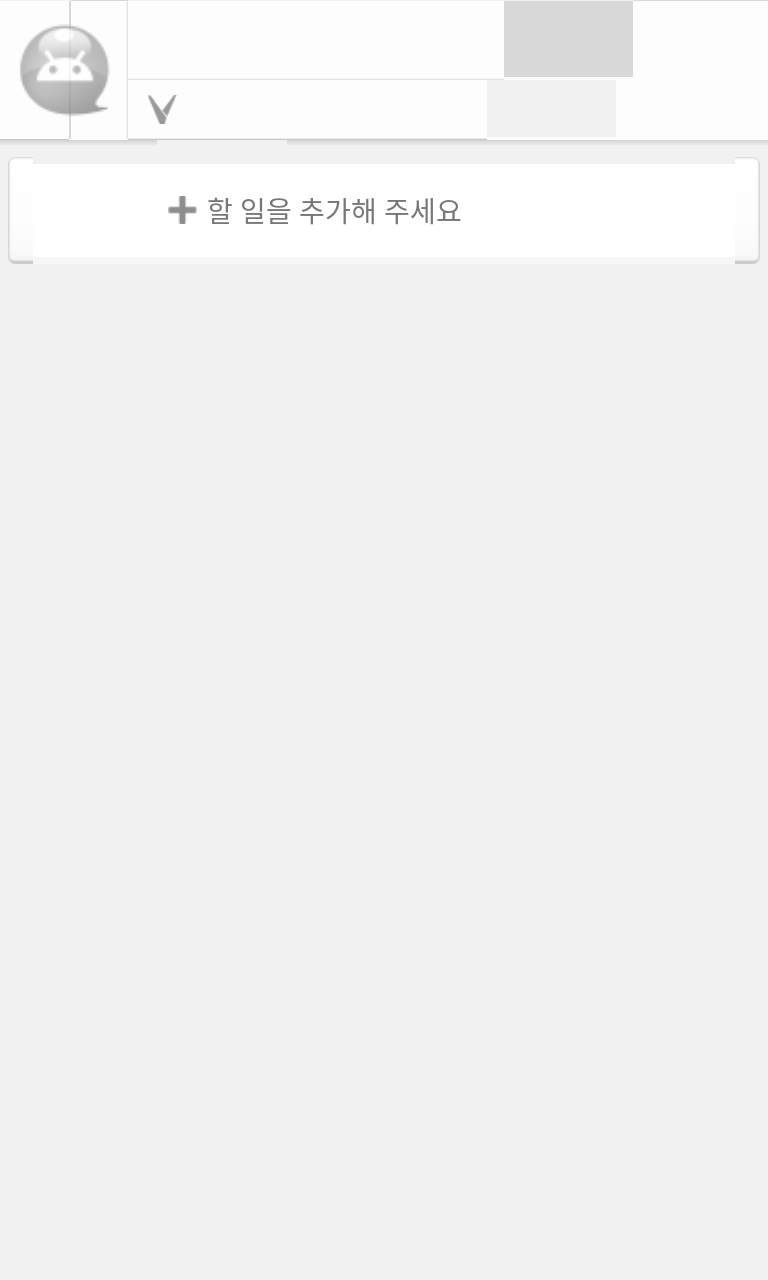
Repository: belhyun/witherest-android
Layout: Witherest/res/layout/fragment_mycheck.xml
An editor plug-in stored every save of this project. The layout is shown before and after the next save, followed by the edit.
It is drawn on a 768 x 1280 px phone screen (xhdpi) without system bars, with theme android:Theme.Holo; the app's code is not run. Lists and similar views that code fills are empty.

Above is the layout before, as saved 2013-07-06 10:11:36.

### Witherest/res/layout/fragment_mycheck.xml
<?xml version="1.0" encoding="utf-8"?>
<LinearLayout xmlns:android="http://schemas.android.com/apk/res/android"
    android:layout_width="fill_parent"
    android:layout_height="fill_parent"
    android:background="#f1f1f1"
    android:orientation="vertical" >

    <RelativeLayout
        android:layout_width="fill_parent"
        android:layout_height="70dp" >

        <LinearLayout
            android:id="@+id/mycheck_profile_container"
            android:layout_width="64dp"
            android:layout_height="70dp"
            android:layout_alignParentLeft="true"
            android:background="@drawable/main1_bg"
            android:gravity="center"
            android:padding="3dip" >

            <ImageView
                android:id="@+id/mycheck_prifile_image"
                android:layout_width="match_parent"
                android:layout_height="match_parent"
                android:layout_marginBottom="5dp"
                android:layout_marginLeft="3dp"
                android:layout_marginRight="3dp"
                android:layout_marginTop="5dp"
                android:src="@drawable/stub" />
        </LinearLayout>

        <LinearLayout
            android:id="@+id/mycheck_intro_container"
            android:layout_width="match_parent"
            android:layout_height="40dp"
            android:layout_alignParentTop="true"
            android:layout_toRightOf="@id/mycheck_profile_container"
            android:background="@drawable/main2_bg"
            android:gravity="center_horizontal"
            android:orientation="vertical"
            android:padding="0dip" >

            <TextView
                android:id="@+id/mycheck_name_textview"
                android:layout_width="match_parent"
                android:layout_height="wrap_content"
                android:layout_marginLeft="2dip"
                android:ellipsize="end"
                android:textColor="#51c3b8"
                android:textSize="14sp"
                android:textStyle="bold" />

            <TextView
                android:id="@+id/mycheck_purpose_textview"
                android:layout_width="match_parent"
                android:layout_height="wrap_content"
                android:layout_marginLeft="2dip"
                android:ellipsize="end"
                android:textColor="#888888"
                android:textSize="14sp" />
        </LinearLayout>

        <LinearLayout
            android:id="@+id/mycheck_detail_container"
            android:layout_width="fill_parent"
            android:layout_height="30dp"
            android:layout_alignLeft="@id/mycheck_intro_container"
            android:layout_below="@id/mycheck_intro_container"
            android:orientation="horizontal" >

            <LinearLayout
                android:id="@+id/mycheck_detail_container_1"
                android:layout_width="match_parent"
                android:layout_height="match_parent"
                android:layout_weight="1"
                android:background="@drawable/main3_bg"
                android:gravity="center"
                android:orientation="horizontal"
                android:padding="2dip" >

                <ImageView
                    android:layout_width="wrap_content"
                    android:layout_height="wrap_content"
                    android:layout_marginLeft="8dp"
                    android:src="@drawable/main_checkroom_icon_bg" />

                <TextView
                    android:id="@+id/mycheck_expose_textview"
                    android:layout_width="match_parent"
                    android:layout_height="wrap_content"
                    android:layout_marginLeft="80dp"
                    android:textColor="#999999"
                    android:textSize="14sp" />
            </LinearLayout>

            <LinearLayout
                android:id="@+id/mycheck_detail_container_2"
                android:layout_width="match_parent"
                android:layout_height="match_parent"
                android:layout_weight="1"
                android:background="@drawable/main4_bg"
                android:gravity="center"
                android:padding="2dip"
                android:visibility="gone">

                <ImageView
                    android:layout_width="wrap_content"
                    android:layout_height="wrap_content"
                    android:layout_marginLeft="8dp"
                    android:src="@drawable/main_star_icon_bg" />

                <TextView
                    android:id="@+id/mycheck_star_textview"
                    android:layout_width="match_parent"
                    android:layout_height="wrap_content"
                    android:layout_marginLeft="40dp"
                    android:textColor="#999999"
                    android:textSize="14sp" />
            </LinearLayout>
        </LinearLayout>
    </RelativeLayout>

    <LinearLayout
        android:layout_width="fill_parent"
        android:layout_height="wrap_content"
        android:background="@drawable/common_header_shadow" />

    <Button
        android:id="@+id/make_room_btn"
        android:layout_width="match_parent"
        android:layout_height="wrap_content"
        android:background="@drawable/make_room_btn_on_off"
        android:drawableLeft="@drawable/main_plus_icon_bg"
        android:drawablePadding="5dip"
        android:gravity="center_vertical"
        android:paddingLeft="80dp"
        android:text="@string/make_room"
        android:textColor="#777777"
        android:textSize="14sp"
        android:layout_marginLeft="4dp"
        android:layout_marginRight="4dp"
        android:layout_marginTop="6dp"
        android:layout_marginBottom="2dp"/>

    <ListView
        android:id="@+id/mycheck_checklistview"
        android:layout_width="match_parent"
        android:layout_height="wrap_content"
        android:layout_marginLeft="4dp"
        android:layout_marginRight="4dp"
        android:layout_marginTop="2dp"
        android:layout_weight="1.75"
        android:background="#f1f1f1"
        android:drawSelectorOnTop="false"
        android:cacheColorHint="#00000000"
        android:divider="@color/tranparent"
        android:listSelector="@android:color/transparent"
        android:persistentDrawingCache="animation|scrolling"
        >
    </ListView>

</LinearLayout>

### Witherest/res/drawable/make_room_btn_on_off.xml
<?xml version="1.0" encoding="utf-8"?>
<selector xmlns:android="http://schemas.android.com/apk/res/android" >
    <!-- selected -->
	<item
		android:state_selected="true"
		android:drawable="@drawable/main_plusroom_button_on"/>

	<!-- pressed -->
	<item
		android:state_pressed="true"
		android:drawable="@drawable/main_plusroom_button_on"/>

	<!-- focused -->
	<item
		android:state_focused="true"
		android:drawable="@drawable/main_plusroom_button_on"/>

	<!-- default -->
	<item
		android:drawable="@drawable/main_plusroom_button_off"/>

</selector>

### Witherest/res/values/strings.xml
<?xml version="1.0" encoding="utf-8"?>
<resources>
    <string name="app_name">Witherest</string>
    <string name="hello_world">Hello world!</string>
    <string name="menu_settings">Settings</string>
    <string name="title_activity_main">MainActivity</string>

    <!-- Common String -->
    <string name="common_welcome">다른 사람들과 할 일을 공유 하고 함께 이뤄 가는 공간\n함께 목표를 이루는 공간에 당신을 초대합니다.</string>

    <string name="exception_message">오류가 발생하였습니다.</string>
    <string name="incorrect_networkconnect">잘못된 접근방식입니다.</string>
    <!-- /Common String -->

    <!-- Login String -->
    <string name="login_title">로그인</string>
    <string name="login_message">다른 사람들과 할 일을 공유 하고 함께 이뤄 가는 공간\n함께 목표를 이루는 공간에 당신을 초대합니다.</string>
	<string name="login_id_hint">아이디 (이메일 주소)</string>
	<string name="login_passwd_hint">비밀번호</string>
	<string name="login_btn">로그인</string>

	<string name="login_dialog_message">로그인중 입니다.</string>

		<!-- Error String -->
		<string name="login_insert_id_empty">아이디 (이메일 주소)를 입력 해주세요.</string>
		<string name="login_insert_passwd_empty">비밀번호를 입력 해주세요.</string>
		<string name="login_id_incorrect">등록되지 않은 사용자 입니다.</string>
		<string name="login_passwd_incorrect">비밀번호가 일치하지 않습니다.</string>
		<!-- /Error String -->

	<!-- /Login String -->

	<!-- SignUp String -->
	<string name="signup_title">가입하기</string>
	<string name="signup_nickname_hint">닉네임</string>
	<string name="signup_id_hint">아이디 (이메일 주소)</string>
	<string name="signup_passwd_hint">비밀번호</string>
	<string name="signup_passwdconfirm_hint">비밀번호 확인</string>
	<string name="signup_interestedCategory_hint">관심 카테고리</string>
	<string name="signup_attention">만들기 버튼을 누르면 &lt;font color=#3cc3c6&gt;이용약관&lt;/font&gt; 및 &lt;font color=#3cc3c6&gt;개인 정보&lt;/font&gt;&lt;br /&gt;&lt;font color=#3cc3c6&gt;취급 방침&lt;/font&gt;에 동의하게 됩니다.</string>
	<string name="signup_make_btn">가입하기</string>

	<string name="signup_dialog_message">&lt;small&gt;회원가입  요청중입니다.&lt;/small&gt;&lt;br&gt;&lt;small&gt;잠시만 기다려 주세요.&lt;/small&gt;</string>

		<!-- Error String -->
		<string name="signup_insert_nickname_empty">닉네임을 입력 해주세요.</string>
		<string name="signup_insert_id_empty">아이디 (이메일 주소)를 입력 해주세요.</string>
		<string name="signup_insert_passwd_empty">비밀번호를 입력 해주세요.</string>
		<string name="signup_insert_passwdconfirm_empty">비밀번호 확인을 입력 해주세요.</string>
		<string name="signup_insert_interestedCategory_empty">관심 카테고리를 선택 해주세요.</string>

		<string name="signup_insert_passwd_different">입력된 비밀번호가 일치하지 않습니다.</string>
		<!-- /Error String -->

	<!-- /SignUp String -->
		<string name="title_category">Category</string>
		<string name="profile_title">프로필 수정</string>
		<string name="profile">프로필</string>
		<string name="profile_menu_text">프로필 이미지</string>
		<string name="profile_image_des">이미지를 변경하시려면 눌러주세요</string>
		<string name="profile_nick">닉네임</string>
		<string name="email">이메일</string>
		<string name="purpose">목표 문구</string>
		<string name="mycategory">관심 카테고리</string>
		<string name="settings_title">설정</string>
		<string name="default_info_text">기본 정보</string>
		<string name="version_title">버젼 정보</string>
		<string name="default_version">1.0</string>
		<string name="help_title">도움말</string>
		<string name="suggestion_title">의견 보내기</string>
		<string name="note_title">알림 설정</string>
		<string name="system_title">시스템 설정</string>
		<string name="withdraw_title">탈퇴</string>
		<string name="logout_title">로그 아웃</string>
		<string name="warning_withdraw">Witherest를 탈퇴하시겠습니까?</string>
		<string name="confirm">확인</string>
		<string name="cancel">취소</string>
		<string name="confirm_withdraw">탈퇴 확인</string>
		<string name="notification">알림</string>
		<string name="notificationconfig">알림 수신 설정</string>
		<string name="activity_noti_config_time">방 시간 알림</string>
		<string name="activity_noti_config_time_des">방 알림 시간이 되었을 때 알림을 받습니다.</string>
		<string name="activity_noti_config_manager_register">방장 신규 글 등록 알림</string>
		<string name="activity_noti_config_manager_register_des">방장이 신규글을 등록했을 때 알림을 받습니다.</string>
		<string name="activity_noti_config_register_mine">댓글 알림</string>
		<string name="activity_noti_config_register_mine_des">내가 쓴글에 댓 글이 달렸을 때 알림을 받습니다.</string>
		<string name="activity_noti_company">공지 알림</string>
		<string name="activity_noti_company_des">Witherest의 공지 알림을 받습니다.</string>
		<string name="selectimage">사진 선택</string>
		<string name="activity_profile_input_email_text">이메일을 입력해주세요</string>
		<string name="activity_profile_input_nick_text">닉네임을 입력해주세요</string>
		<string name="activity_profile_input_purpose_text">목표 문구를 입력해주세요</string>
		<string name="activity_profile_input_mycategories_text">관심 카테고리를 선택해주세요</string>
		<string name="activity_profile_input_category_text">관심 항목을 선택해주세요</string>
		<string name="activity_makeroom_room_image_title">방 이미지</string>
		<string name="activity_makeroom_room_name_title">방이름</string>
		<string name="activity_makeroom_purpose_title">할 일 내용</string>
		<string name="activity_makeroom_title">방 만들기</string>
		<string name="activity_makeroom_category_title">카테고리</string>
		<string name="activity_makeroom_period_title">기간</string>
		<string name="activity_makeroom_periodtype_default">매일</string>
		<string name="activity_makeroom_period_default">21일</string>
		<string name="activity_makeroom_periodtype_title">실천 주기</string>
		<string name="activity_mkeroom_periodtype_default">매일</string>
		<string name="activity_makeroom_alarm_title">알림</string>
		<string name="activity_makeroom_alarm_default">매일</string>
		<string name="activity_makeroom_content_hint">입력하시려면 눌러주세요</string>
		<string name="activity_makeroom_alarmtime_title">알림 시간</string>
		<string name="activity_makeroom_public_title">공개 여부</string>
		<string name="activity_makeroom_public_default">공개</string>
		<string name="activity_makeroom_maxmember_title">참여 인원</string>
		<string name="activity_makeroom_maxmember_default">10명</string>
		<string name="dialog_input_roomname_text">방 이름을 입력해주세요</string>
		<string name="dialog_input_purpose_text">할 일 내용을 입력해주세요</string>
		<string name="dialog_input_category_text">카테고리를 선택해주세요</string>
		<string name="dialog_input_period_text">기간을 입력해주세요</string>
		<string name="dialog_input_periodtype_text">실천 주기를 입력해주세요</string>
		<string name="dialog_input_alarm_text">알림을 선택해주세요</string>
		<string name="dialog_input_alarmtime_text">알림 시간을 지정해주세요</string>
		<string name="dialog_input_pulbic_text">공개 여부를 설정해주세요</string>
		<string name="dialog_input_maxmember_text">참여 인원을 설정해주세요</string>
		<string name="request_select_day">요일을 선택해주세요</string>
		<string name="daily">매일</string>
		<string name="yes">예</string>
		<string name="no">아니오</string>
		<string name="publicyes">공개</string>
		<string name="publicno">비공개</string>
		<string name="unit_human">명</string>
		<string name="simple_time">시</string>
		<string name="simple_min">분</string>
		<string name="am">오전</string>
		<string name="pm">오후</string>
		<string name="populate">인기순</string>
		<string name="recent">둥록순</string>
		<string name="agent">android</string>
		<string name="login_dialog_title">로그인 중</string>
		<string name="signup_dialog_title">회원 가입 요청중...</string>
		<string name="server_error">일시적 네트워크 장애입니다.\n다시 시도해주세요.</string>
		<string name="id_duplicated">이미 등록된 아이디입니다</string>
		<string name="join_text">join</string>
		<string name="setting_text">setting</string>
		<string name="leave_text">leave</string>
		<string name="with_text">with</string>
		<string name="board_text">board</string>
		<string name="roomboard_write_hint">소식을 전해주세요 !!</string>
		<string name="write_text">올리기</string>
		<string name="login_guide">로그인 안내</string>
		<string name="login_join_message">로그인 전용 페이지 입니다\n아래의 버튼을 알맞게 눌러주세요</string>
		<string name="login">로그인</string>
		<string name="join">회원 가입</string>
		<string name="logout_dialog_title">로그 아웃중</string>
		<string name="logout_dialog_message">로그 아웃 요청중...</string>
		<string name="wait_title">데이타 수신중</string>
		<string name="wait_message">잠시만 기다려주세요</string>
		<string name="makeroom_title_insert">방 이름을 입력해주세요 </string>
		<string name="makeroom_purpose_insert">할일 내용을 입력해주세요</string>
		<string name="makeroom_category_insert">룸을 생성할 카테고리를 입력해주세요</string>
		<string name="createroom_dialog_title">체크룸 생성</string>
		<string name="createroom_dialog_message">체크룸 생성 요청 중입니다 \n잠시만 기다려 주세요</string>
		<string name="createroom_ok">정상적으로 방이 개설되었습니다</string>
		<string name="room_modify">수정</string>
		<string name="room_withdraw">탈퇴</string>
		<string name="room_join">참여</string>
		<string name="no_manager_notice">현재 방의 공지 사항이 없습니다.</string>
		<string name="no_purpose">현재 자신의 목적문구가 없습니다.</string>
		<string name="you_not_manager">방장만이 공지글을 작성할 수 있습니다</string>
		<string name="write_notice_title">공지 작성</string>
		<string name="confirm_notice">공지글을 작성해 주세요</string>
		<string name="not_user_not_join_alert">글을 올리려면 이 방에 참여한 상태여야 합니다.</string>
		<string name="no_text">글을 작성하지 않았습니다. 글을 작성해 주세요</string>
		<string name="write_reply_title">댓글 작성</string>
		<string name="modifyroom_ok">정상적으로 방이 수정되었습니다</string>
		<string name="not_valid_email">입력하신 ID 는 이메일 형식에 맞지 않습니다\n이메일 형식에 맞게 입력해주세요</string>
		<string name="not_valid_name">이름은 2자 이상이어야 합니다</string>
		<string name="not_valid_password">비밀번호는 4자 이상이어야 합니다</string>
		<string name="banned_modify_email">이메일은 수정하실 수 없습니다</string>
		<string name="modify">수정</string>
		<string name="profile_purpose_hint">자신의 목표 문구를 설정해 주세요</string>
		<string name="profile_category_hint">관심 카테고리를 설정해주세요</string>
		<string name="make_room">할 일을 추가해 주세요</string>
		<string name="no_alarm">알림 시간 없음</string>
		<string name="room_public_ok">공개</string>
		<string name="room_public_not">비공개</string>
		<string name="logout_fail">로그아웃 요청이 실패했습니다\n다시 시도해 주십시오</string>
		<string name="finish_confirm_title">앱 종료 확인</string>
		<string name="finish_confirm_message">앱을 종료하시겠습니까?</string>
		<string name="logout_wait_message">로그아웃 중입니다\n잠시만 기다려 주세요</string>
		<string name="profile_modify_ok">프로필이 정상적으로 수정되었습니다</string>
		<string name="necessary_text">필수 사항</string>
		<string name="option_text">선택 사항</string>
		<string name="wrong_approach">잘못된 접근 경로입니다</string>
		<string name="withdraw_ok">회원 탈퇴가 정상적으로 처리되었습니다</string>
		<string name="member_guide_title">회원 가입 안내</string>
		<string name="member_guide_message">회원 가입을 하시고 이용하실 수 있습니다.\n회원 가입절차는 아주 간단합니다.</string>
		<string name="no_delete_room">자신을 제외하고 방에 인원이 없어야 방 삭제가 가능합니다</string>
		<string name="delete_room_guide_title">방 삭제</string>
		<string name="delete_room_guide_message">정말로 방을 삭제하시겠습니까?</string>
		<string name="room_delete">방 삭제하기</string>
		<string name="join_member">Witherest 가입하기</string>
		<string name="join_member_text">회원이 아니시면 아래를 눌러 가입해주세요</string>

		<string name="pull_to_refresh_pull_label">새로 고침</string>
   		 <string name="pull_to_refresh_release_label">새로 고침</string>
   		 <string name="pull_to_refresh_refreshing_label">로딩중...</string>
 		 <string name="pull_to_refresh_tap_label">새로 고침하려면 탭 해주세요</string>
 		 <string name="progress_initialize">앱 초기화 중입니다</string>
 		 <string name="progress_version">버젼 체크를 진행중입니다</string>
 		 <string name="progress_category">필요한 데이타를 수신중입니다</string>
 		 <string name="progress_gcm">GCM 데이타를 식별중입니다</string>
 		 <string name="progress_autologin">자동 로그인 중입니다</string>
 		 <string name="note_saved">에버노트에 잘 저장이 되었습니다</string>
 		 <string name="error_creating_notestore">에버노트에 노트저장소 생성에 문제가 생겼습니다</string>
 		 <string name="error_saving_note">에버노트에 저장하는데 문제가 생겼습니다</string>
 		 <string name="empty_content_error">에버노트에 저장하기 위해서는 제목과 내용이 필요합니다</string>
 		 <string name="note_title">알림 설정</string>
 		 <string name="evernote_login_ok">에버노트 로그인이 되었습니다</string>
 		 <string name="evernote_login_fail">에버노트 인증에 실패했습니다</string>
 		 <string name="is_saving_evernote">에버노트에 기록중입니다\n잠시만 기다려주세요</string>
 		 <string name="note_message">알림 설정하기</string>
 		 <string name="acount_title">계정 연동</string>
 		 <string name="evernote_message1">에버노트와 연동하기</string>
 		 <string name="activity_setting_evernote_detail1">목표를 수행한 내용 기록하기</string>
 		 <string name="activity_setting_evernote_detail2">목표를 수행한 내용이 \n에버노트에 기록됩니다</string>
 		 <string name="room_time_note">witheset 방 시간 알림</string>
 		 <string name="room_time_note_suffix">의 방 시간 알림입니다.</string>
 		 <string name="dialog_input_public_not_public">공개 여부를 선택해 주세요</string>
 		 <string name="fatal_network_error">네트워크 오류</string>
 		 <string name="fatal_network_error_message">네트워크를 사용할 수 없거나, 오류가 발생했습니다.\n앱이 종료됩니다</string>
 		 <string name="tempo_network_error">일시적 네트워크 장애</string>
 		 <string name="tempo_network_error_message">일시적 네트워크 장애입니다. 재시도 하시겠습니까?</string>
 		 <string name="just">just</string>
 		 <string name="inappropriate_path">잘못된 접근 경로입니다.</string>
 		 <string name="registration_order">등록순</string>
 		 <string name="popular_order">인기도순</string>
 		 <string name="create">만들기</string>
 		 <string name="create_room">할 일 만들기</string>
 		 <string name="modify_room">할 일 수정하기</string>
 		 <string name="delete">삭제</string>
 		 <string name="upgrade">upgrade</string>
 		 <string name="login">로그인</string>
 		 <string name="logout">로그아웃</string>
 		 <string name="create_check_room">체크룸 개설</string>
 		 <string name="search_check_room">체크룸 검색</string>
</resources>

### Witherest/res/values/color.xml
<?xml version="1.0" encoding="utf-8"?>
<resources>
    <color name="tranparent">#00000000</color>

</resources>

After the next save:
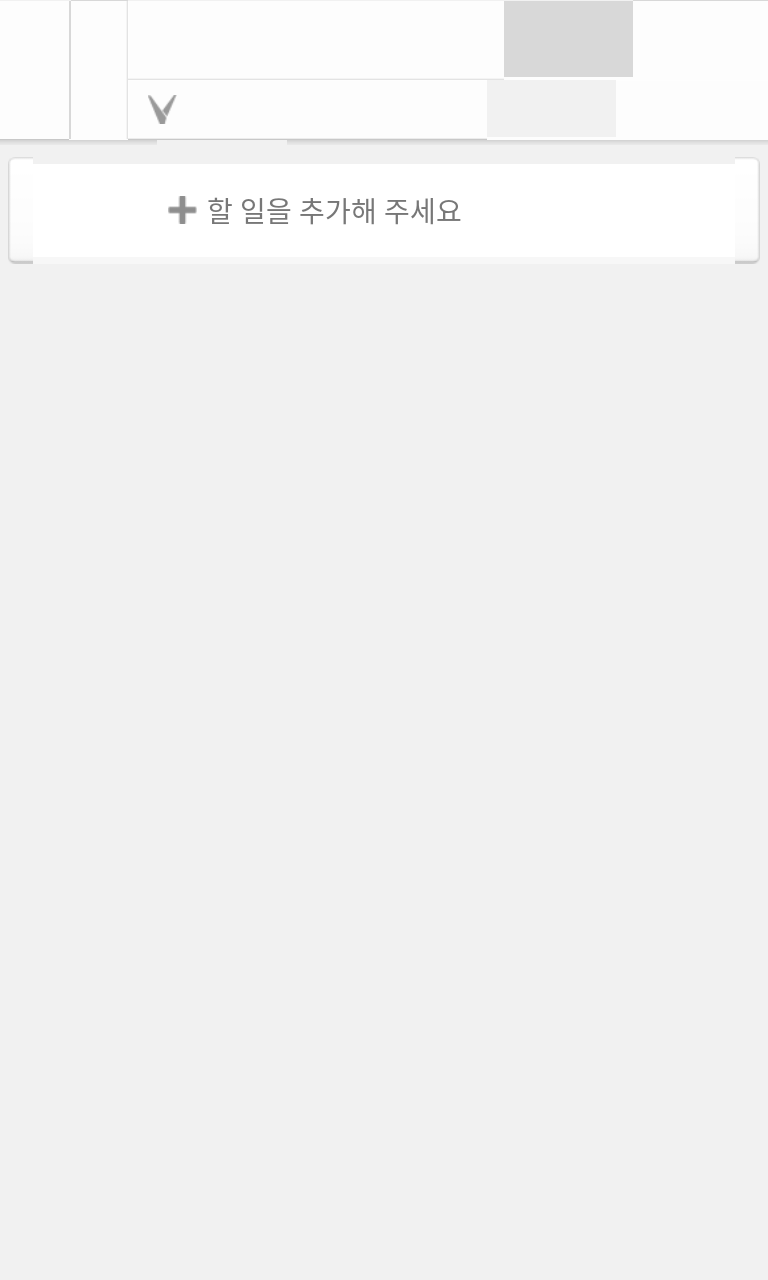
Saved 8 min 4 s later.
--- a/Witherest/res/layout/fragment_mycheck.xml
+++ b/Witherest/res/layout/fragment_mycheck.xml
@@ -26,7 +26,7 @@
                 android:layout_marginLeft="3dp"
                 android:layout_marginRight="3dp"
                 android:layout_marginTop="5dp"
-                android:src="@drawable/stub" />
+              />
         </LinearLayout>
 
         <LinearLayout
